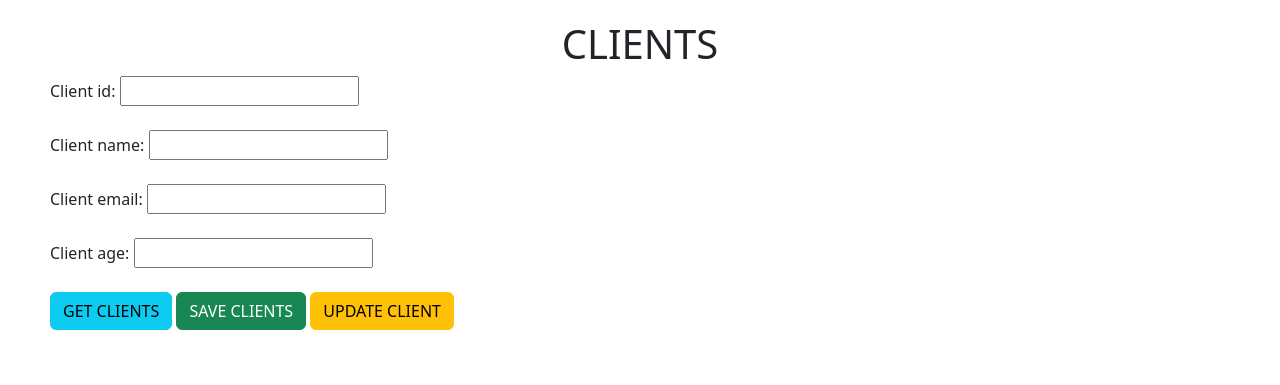
Repository: almendezl/MisionTIC
Page: index.html
The author's editor kept a copy of each file at every save. The page is drawn from the files as they stood at one save, then again after the next save.
The browser window is 1280 px wide. The pictures show the whole page.

Above is the page before, as saved 2022-10-01 21:32:37.

After the next save:
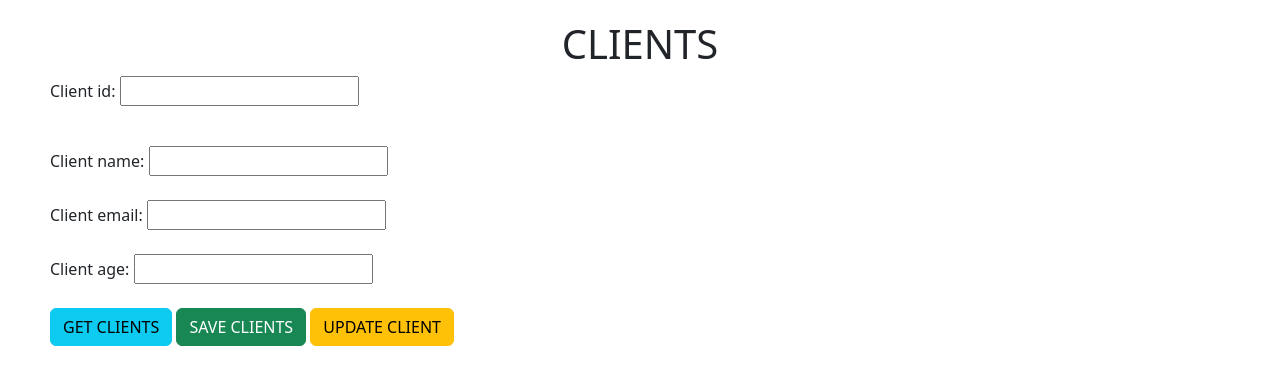
Saved 25 s later.
--- a/index.html
+++ b/index.html
@@ -15,10 +15,14 @@
 <script type="text/javascript" src="myScript.js"></script>
 <body>
     <h1 class="text-center">CLIENTS</h1>
-    <div>
-        <label >Client id: </label>
-        <input type="number" id="clientId"> <br> <br>
-    </div>
+    <form action="">
+        <div>
+            <label >Client id: </label>
+            <input type="number" id="clientId"> <br> <br>
+        </div>
+
+    </form>
+
 
 
     Client name: <input type="text" id="clientName"><br><br>
